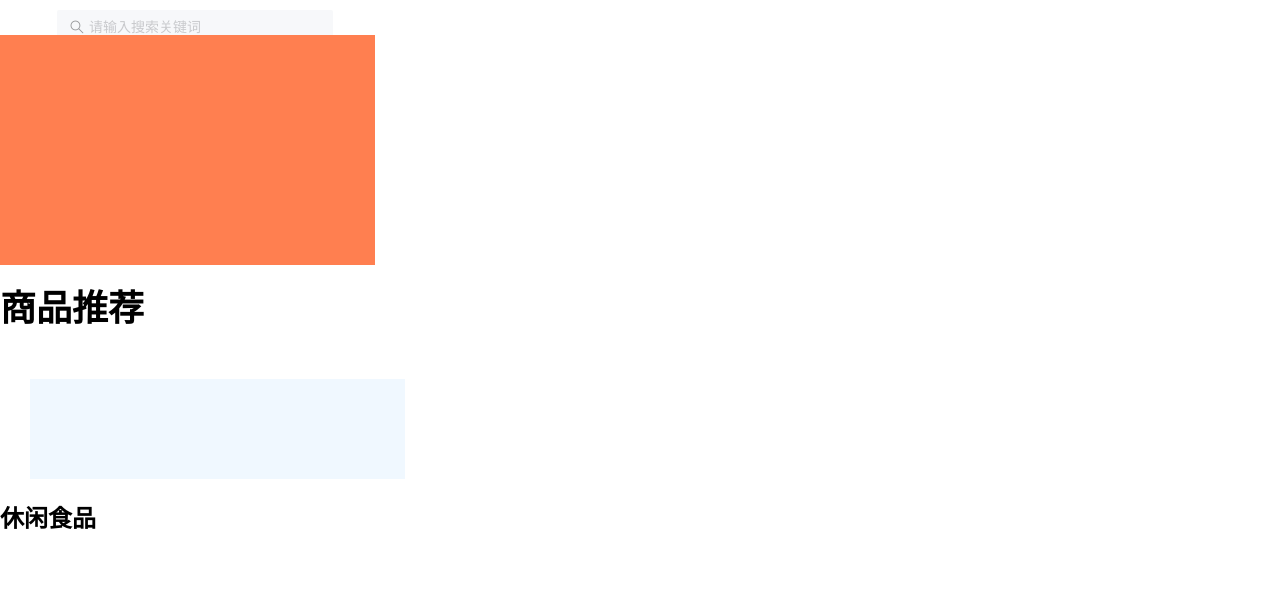
Repository: liyang777777/shangcheng
Page: /
An editor plug-in stored every save of this project. The page is shown before and after the next save, followed by the edit.
The browser window is 1280 px wide. The pictures show the whole page.
The page's requests for data from a server got no answer. The project was rebuilt for these pictures with package versions that can differ from the ones it lists, and the page was loaded fresh each time. No one was signed in, and anything a server would have sent is missing. Also part of the build but not shown: vue.config.js. Imported but missing from the stored project, and not drawn on this page: src/views/About.

Above is the page before, as saved 2020-06-23 14:53:01.

After the next save:
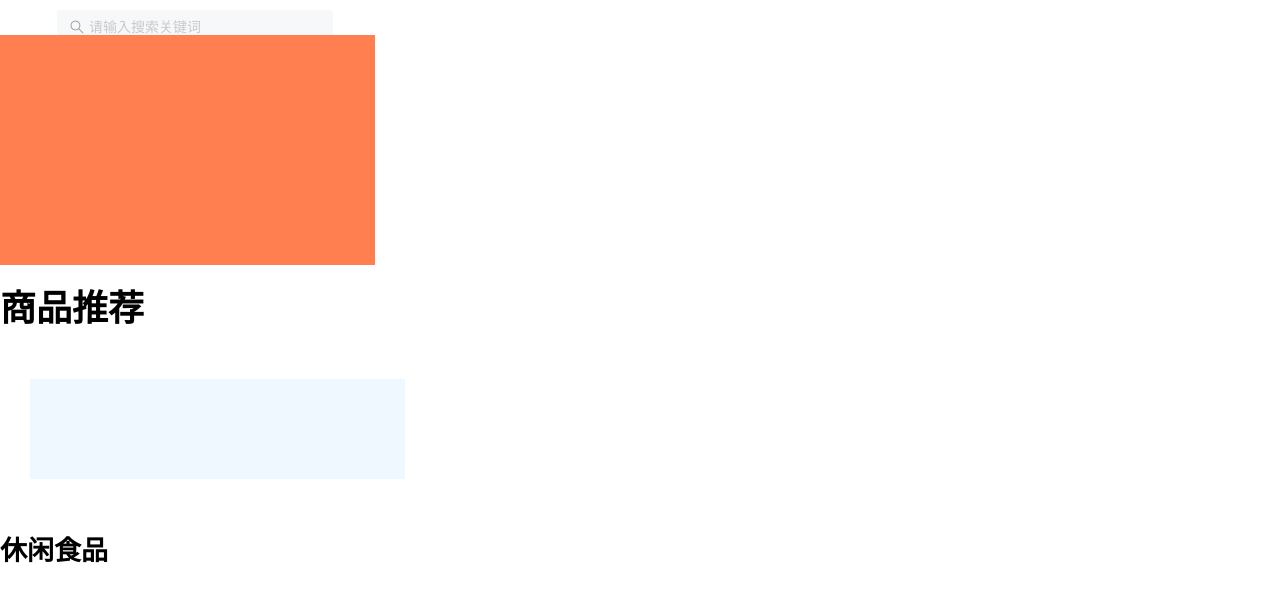
Saved 57 s later.
--- a/src/components/Prre.vue
+++ b/src/components/Prre.vue
@@ -67,4 +67,10 @@ export default {
   margin-left: 60px;
   text-decoration: line-through;
 }
+.All {
+   width: 200px;
+  height: 100px;
+  font-size: 18px;
+  margin-top: 50px;
+}
 </style>
